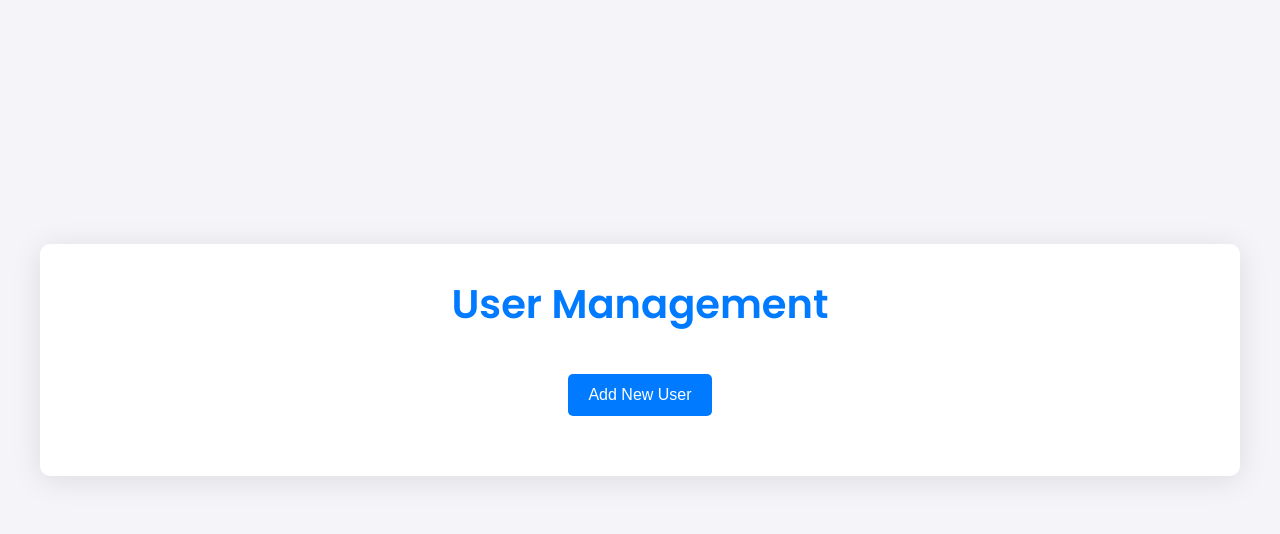
Repository: anazhtz/index
Page: index.html
The author's editor kept a copy of each file at every save. The page is drawn from the files as they stood at one save, then again after the next save.
The browser window is 1280 px wide. The pictures show the whole page.

Above is the page before, as saved 2024-11-14 15:16:17.

### index.html
<!DOCTYPE html>
<html lang="en">
<head>
    <meta charset="UTF-8">
    <meta name="viewport" content="width=device-width, initial-scale=1.0">
    <meta http-equiv="X-UA-Compatible" content="ie=edge">
    <title>User Management - CRUD</title>
    <link href="https://fonts.googleapis.com/css2?family=Poppins:wght@300;400;500;600&display=swap" rel="stylesheet">
    <link rel="stylesheet" href="styles.css">
</head>
<body>
    <div class="container">
        <header>
            <h1>User Management</h1>
        </header>

        <div class="actions">
            <button class="btn add-btn" id="addBtn">Add New User</button>
        </div>

        <div class="user-list">
            <!-- User cards will be displayed here dynamically -->
        </div>
    </div>

    <!-- User Form Modal -->
    <div class="modal" id="userModal">
        <div class="modal-content">
            <span class="close-btn" id="closeModal">&times;</span>
            <h2 id="modalTitle">Add New User</h2>
            <form id="userForm">
                <input type="hidden" id="userId">
                <input type="text" id="userName" placeholder="Full Name" required>
                <input type="text" id="userCompany" placeholder="Company Name" required>
                <input type="text" id="userDesignation" placeholder="Designation" required>
                <input type="email" id="userEmail" placeholder="Email Address" required>
                <input type="text" id="userPhone" placeholder="Phone Number" required>
                <input type="text" id="userLinkedin" placeholder="LinkedIn URL" required>
                <textarea id="userBio" placeholder="Short Bio" required></textarea>
                <button type="submit" class="btn">Save User</button>
            </form>
        </div>
    </div>

    <script src="script.js"></script>
</body>
</html>

### styles.css
/* General Reset */
* {
    margin: 0;
    padding: 0;
    box-sizing: border-box;
}

/* Body Styling */
body {
    font-family: 'Poppins', sans-serif;
    background-color: #f4f4f9;
    color: #333;
    display: flex;
    justify-content: center;
    align-items: center;
    height: 100vh;
    margin: 0;
}

/* Main Container */
.container {
    width: 100%;
    max-width: 1200px;
    background-color: #fff;
    padding: 30px;
    border-radius: 10px;
    box-shadow: 0 4px 30px rgba(0, 0, 0, 0.1);
    overflow: hidden;
}

/* Header Section */
header {
    text-align: center;
    margin-bottom: 40px;
}

header h1 {
    font-size: 2.5rem;
    color: #007bff;
    font-weight: 600;
}

/* Buttons */
button {
    background-color: #007bff;
    color: #fff;
    padding: 12px 20px;
    border: none;
    border-radius: 5px;
    font-size: 1rem;
    cursor: pointer;
    transition: background-color 0.3s ease;
}

button:hover {
    background-color: #0056b3;
}

/* Action Section */
.actions {
    text-align: center;
    margin-bottom: 30px;
}

/* User Cards */
.user-list {
    display: grid;
    grid-template-columns: repeat(auto-fill, minmax(320px, 1fr));
    gap: 20px;
}

.user-card {
    background-color: #fff;
    padding: 20px;
    border-radius: 10px;
    box-shadow: 0 6px 20px rgba(0, 0, 0, 0.1);
    transition: transform 0.3s ease, box-shadow 0.3s ease;
}

.user-card:hover {
    transform: translateY(-10px);
    box-shadow: 0 10px 30px rgba(0, 0, 0, 0.1);
}

.user-card h3 {
    font-size: 1.8rem;
    color: #007bff;
    margin-bottom: 15px;
}

.user-card p {
    color: #555;
    font-size: 1rem;
    margin: 8px 0;
}

.user-card button {
    position: absolute;
    top: 10px;
    right: 10px;
}

.user-card button.edit-btn {
    background-color: #28a745;
}

.user-card button.delete-btn {
    background-color: #dc3545;
}

/* Modal Styling */
.modal {
    display: none;
    position: fixed;
    top: 0;
    left: 0;
    width: 100%;
    height: 100%;
    background: rgba(0, 0, 0, 0.5);
    justify-content: center;
    align-items: center;
    z-index: 1000;
}

.modal-content {
    background-color: #fff;
    padding: 40px;
    width: 500px;
    border-radius: 10px;
    box-shadow: 0 6px 30px rgba(0, 0, 0, 0.1);
}

.close-btn {
    font-size: 30px;
    color: #333;
    position: absolute;
    top: 20px;
    right: 20px;
    cursor: pointer;
}

textarea {
    width: 100%;
    padding: 12px;
    margin-bottom: 20px;
    border: 1px solid #ddd;
    border-radius: 5px;
    font-size: 1rem;
    resize: vertical;
}

input[type="text"], input[type="email"] {
    width: 100%;
    padding: 12px;
    margin-bottom: 20px;
    border: 1px solid #ddd;
    border-radius: 5px;
    font-size: 1rem;
}

/* Responsive Design */
@media (max-width: 768px) {
    .user-list {
        grid-template-columns: 1fr;
    }

    .modal-content {
        width: 90%;
    }
}

### script.js
let users = [];

// Modal and form elements
const userModal = document.getElementById("userModal");
const closeModal = document.getElementById("closeModal");
const userForm = document.getElementById("userForm");

// Add/Edit user fields
const userName = document.getElementById("userName");
const userCompany = document.getElementById("userCompany");
const userDesignation = document.getElementById("userDesignation");
const userEmail = document.getElementById("userEmail");
const userPhone = document.getElementById("userPhone");
const userLinkedin = document.getElementById("userLinkedin");
const userBio = document.getElementById("userBio");
const userId = document.getElementById("userId");

// User list container
const userList = document.querySelector(".user-list");

// Open modal to add a new user
document.getElementById("addBtn").addEventListener("click", () => {
    document.getElementById("modalTitle").textContent = "Add New User";
    userForm.reset();
    userId.value = '';
    userModal.style.display = "flex";
});

// Close modal
closeModal.addEventListener("click", () => {
    userModal.style.display = "none";
});

// Handle user form submission (Add/Edit)
userForm.addEventListener("submit", (e) => {
    e.preventDefault();

    const newUser = {
        id: userId.value || Date.now().toString(),
        name: userName.value,
        company: userCompany.value,
        designation: userDesignation.value,
        email: userEmail.value,
        phone: userPhone.value,
        linkedin: userLinkedin.value,
        bio: userBio.value
    };

    if (userId.value) {
        // Update existing user
        const index = users.findIndex(user => user.id === userId.value);
        users[index] = newUser;
    } else {
        // Add new user
        users.push(newUser);
    }

    renderUsers();
    userModal.style.display = "none";
});

// Edit user
function editUser(userId) {
    const user = users.find(u => u.id === userId);
    userName.value = user.name;
    userCompany.value = user.company;
    userDesignation.value = user.designation;
    userEmail.value = user.email;
    userPhone.value = user.phone;
    userLinkedin.value = user.linkedin;
    userBio.value = user.bio;
    document.getElementById("modalTitle").textContent = "Edit User";
    userId.value = user.id;
    userModal.style.display = "flex";
}

// Delete user
function deleteUser(userId) {
    users = users.filter(user => user.id !== userId);
    renderUsers();
}

// Render user list
function renderUsers() {
    userList.innerHTML = '';
    users.forEach(user => {
        const userCard = document.createElement('div');
        userCard.classList.add('user-card');
        userCard.innerHTML = `
            <h3>${user.name}</h3>
            <p><strong>Company:</strong> ${user.company}</p>
            <p><strong>Designation:</strong> ${user.designation}</p>
            <p><strong>Email:</strong> ${user.email}</p>
            <p><strong>Phone:</strong> ${user.phone}</p>
            <p><strong>LinkedIn:</strong> <a href="${user.linkedin}" target="_blank">Profile</a></p>
            <p><strong>Bio:</strong> ${user.bio}</p>
            <button class="edit-btn" onclick="editUser('${user.id}')">Edit</button>
            <button class="delete-btn" onclick="deleteUser('${user.id}')">Delete</button>
        `;
        userList.appendChild(userCard);
    });
}

// Initial render
renderUsers();

After the next save:
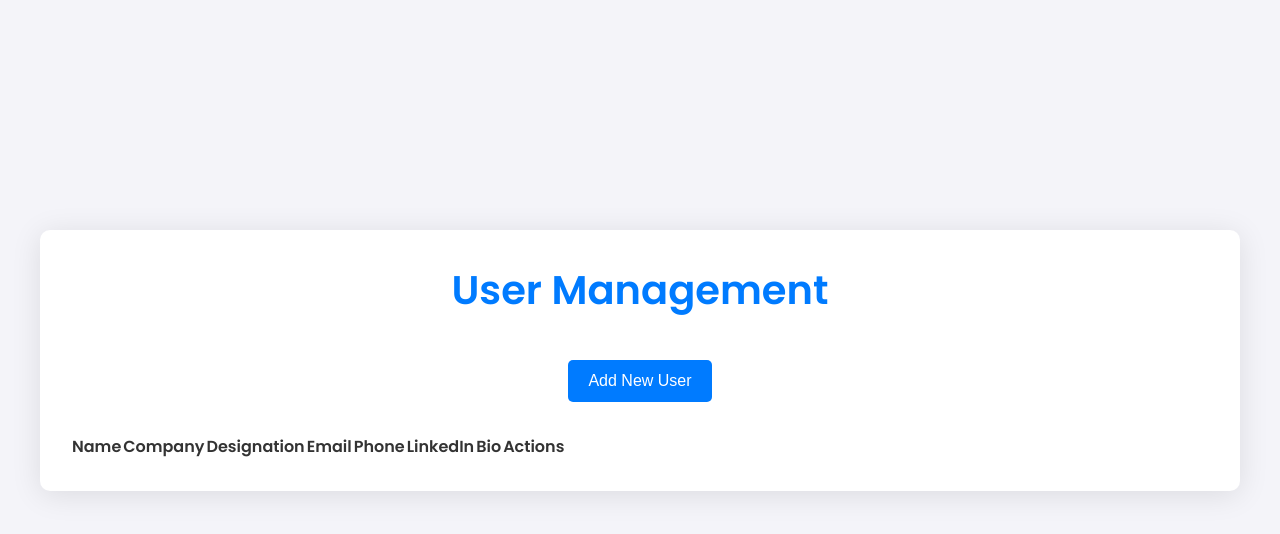
Console error: TypeError: Cannot set properties of null (setting 'innerHTML')
Saved 87 s later.
--- a/index.html
+++ b/index.html
@@ -18,8 +18,25 @@
             <button class="btn add-btn" id="addBtn">Add New User</button>
         </div>
 
-        <div class="user-list">
-            <!-- User cards will be displayed here dynamically -->
+        <!-- Table to display users -->
+        <div class="table-container">
+            <table id="userTable">
+                <thead>
+                    <tr>
+                        <th>Name</th>
+                        <th>Company</th>
+                        <th>Designation</th>
+                        <th>Email</th>
+                        <th>Phone</th>
+                        <th>LinkedIn</th>
+                        <th>Bio</th>
+                        <th>Actions</th>
+                    </tr>
+                </thead>
+                <tbody id="userTableBody">
+                    <!-- User rows will be added dynamically -->
+                </tbody>
+            </table>
         </div>
     </div>
 
